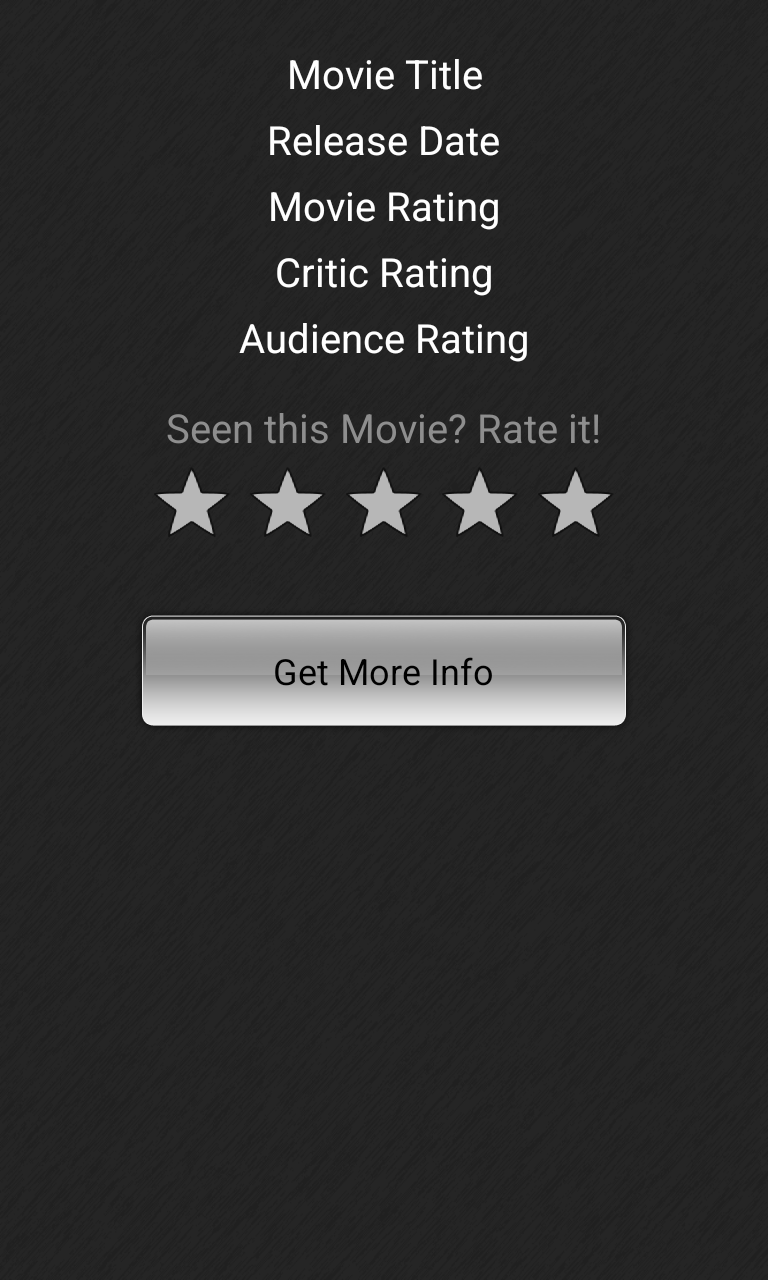
Repository: efreestone/Java2_Freestone
Layout: Java2Project3/res/layout/activity_details.xml
The author's editor kept a copy of each file at every save. The layout is drawn from the files as they stood at one save, then again after the next save.
It is drawn on a 768 x 1280 px phone screen (xhdpi) without system bars, with theme AppTheme; the app's code is not run.

Above is the layout before, as saved 2014-05-22 19:28:48.

### Java2Project3/res/layout/activity_details.xml
<?xml version="1.0" encoding="utf-8"?>
<ScrollView xmlns:android="http://schemas.android.com/apk/res/android"
    android:layout_width="fill_parent"
    android:layout_height="fill_parent"
    android:fillViewport="true" >

    <LinearLayout
        android:layout_width="match_parent"
        android:layout_height="wrap_content"
        android:background="@drawable/main_background"
        android:gravity="center_horizontal"
        android:orientation="vertical"
        android:paddingTop="20dp" >

        <TextView
            android:id="@+id/titleTextView"
            android:layout_width="wrap_content"
            android:layout_height="wrap_content"
            android:gravity="center"
            android:padding="3dp"
            android:text="Movie Title"
            android:textColor="#ffffff"
            android:textSize="20sp" />

        <TextView
            android:id="@+id/releaseTextView"
            android:layout_width="wrap_content"
            android:layout_height="wrap_content"
            android:padding="3dp"
            android:text="Release Date"
            android:textColor="#ffffff"
            android:textSize="20sp" />

        <TextView
            android:id="@+id/movieRatingTextView"
            android:layout_width="wrap_content"
            android:layout_height="wrap_content"
            android:padding="3dp"
            android:text="Movie Rating"
            android:textColor="#ffffff"
            android:textSize="20sp" />

        <TextView
            android:id="@+id/criticRatingTextView"
            android:layout_width="wrap_content"
            android:layout_height="wrap_content"
            android:padding="3dp"
            android:text="Critic Rating"
            android:textColor="#ffffff"
            android:textSize="20sp" />

        <TextView
            android:id="@+id/audienceRatingTextView"
            android:layout_width="wrap_content"
            android:layout_height="wrap_content"
            android:padding="3dp"
            android:text="Audience Rating"
            android:textColor="#ffffff"
            android:textSize="20sp" />

        <TextView
            android:id="@+id/ratingsBarTitle"
            android:layout_width="wrap_content"
            android:layout_height="wrap_content"
            android:paddingTop="15dp"
            android:text="@string/ratingBarTitleString"
            android:textColor="#8e8e8e"
            android:textSize="20sp" />

        <RatingBar
            android:id="@+id/movieRatingBar"
            android:layout_width="wrap_content"
            android:layout_height="wrap_content"
            android:paddingBottom="15dp" />

        <Button
            android:id="@+id/moreInfoButton"
            android:layout_width="wrap_content"
            android:layout_height="wrap_content"
            android:layout_gravity="center"
            android:layout_margin="5dp"
            android:background="@drawable/button_background"
            android:clickable="true"
            android:text="@string/moreInfoButtonString"
            android:width="250dp" />
    </LinearLayout>

</ScrollView>

### Java2Project3/res/values/strings.xml
<?xml version="1.0" encoding="utf-8"?>
<resources>

    <string name="app_name">What 2 Watch</string>
    <string name="detail_name">Details Activity</string>
    <string name="action_settings">Settings</string>
    <string name="titleString">DVD New Releases</string>

    <string name="buttonString">Get New Releases</string>
    <string name="moreInfoButtonString">Get More Info</string>

    <string name="ratingBarTitleString">Seen this Movie? Rate it!</string>

    <!-- Connection Alert strings -->
    <string name="noConnectionTitle">Connection Error</string>
    <string name="noConnectionAlert">This application requires internet access. Please check your network connection and try again.</string>

    <string name="noFileTitle">File does not exist</string>
    <string name="noFileAlert">The file does not exist on your device so it was requested from the API. Select Get New Releases to update the ListView</string>

    <string name="ratingSelectedTitle">Movie Rated</string>

</resources>

### Java2Project3/res/drawable-hdpi/button_background.xml
<?xml version="1.0" encoding="utf-8"?>
<selector xmlns:android="http://schemas.android.com/apk/res/android" >
    <!-- Button Image when pressed -->
    <item
        android:drawable="@drawable/gradient_pressed_9patch"
        android:state_pressed="true"/>

    <!-- Button Image -->
    <item
        android:drawable="@drawable/gradient_9patch"/>



</selector>

### Java2Project3/res/drawable-ldpi/button_background.xml
<?xml version="1.0" encoding="utf-8"?>
<selector xmlns:android="http://schemas.android.com/apk/res/android" >
    <!-- Button Image when pressed -->
    <item
        android:drawable="@drawable/gradient_pressed_9patch"
        android:state_pressed="true"/>

    <!-- Button Image -->
    <item
        android:drawable="@drawable/gradient_9patch"/>



</selector>

### Java2Project3/res/drawable-mdpi/button_background.xml
<?xml version="1.0" encoding="utf-8"?>
<selector xmlns:android="http://schemas.android.com/apk/res/android" >
    <!-- Button Image when pressed -->
    <item
        android:drawable="@drawable/gradient_pressed_9patch"
        android:state_pressed="true"/>

    <!-- Button Image -->
    <item
        android:drawable="@drawable/gradient_9patch"/>



</selector>

### Java2Project3/res/drawable-xhdpi/button_background.xml
<?xml version="1.0" encoding="utf-8"?>
<selector xmlns:android="http://schemas.android.com/apk/res/android" >
    <!-- Button Image when pressed -->
    <item
        android:drawable="@drawable/gradient_pressed_9patch"
        android:state_pressed="true"/>

    <!-- Button Image -->
    <item
        android:drawable="@drawable/gradient_9patch"/>



</selector>

### Java2Project3/res/drawable-xxhdpi/button_background.xml
<?xml version="1.0" encoding="utf-8"?>
<selector xmlns:android="http://schemas.android.com/apk/res/android" >
    <!-- Button Image when pressed -->
    <item
        android:drawable="@drawable/gradient_pressed_9patch"
        android:state_pressed="true"/>

    <!-- Button Image -->
    <item
        android:drawable="@drawable/gradient_9patch"/>



</selector>

Loaded but not shown: Java2Project3/res/values/styles.xml (common file); Java2Project3/res/values-v11/styles.xml (common file); Java2Project3/res/values-v14/styles.xml (common file)

After the next save:
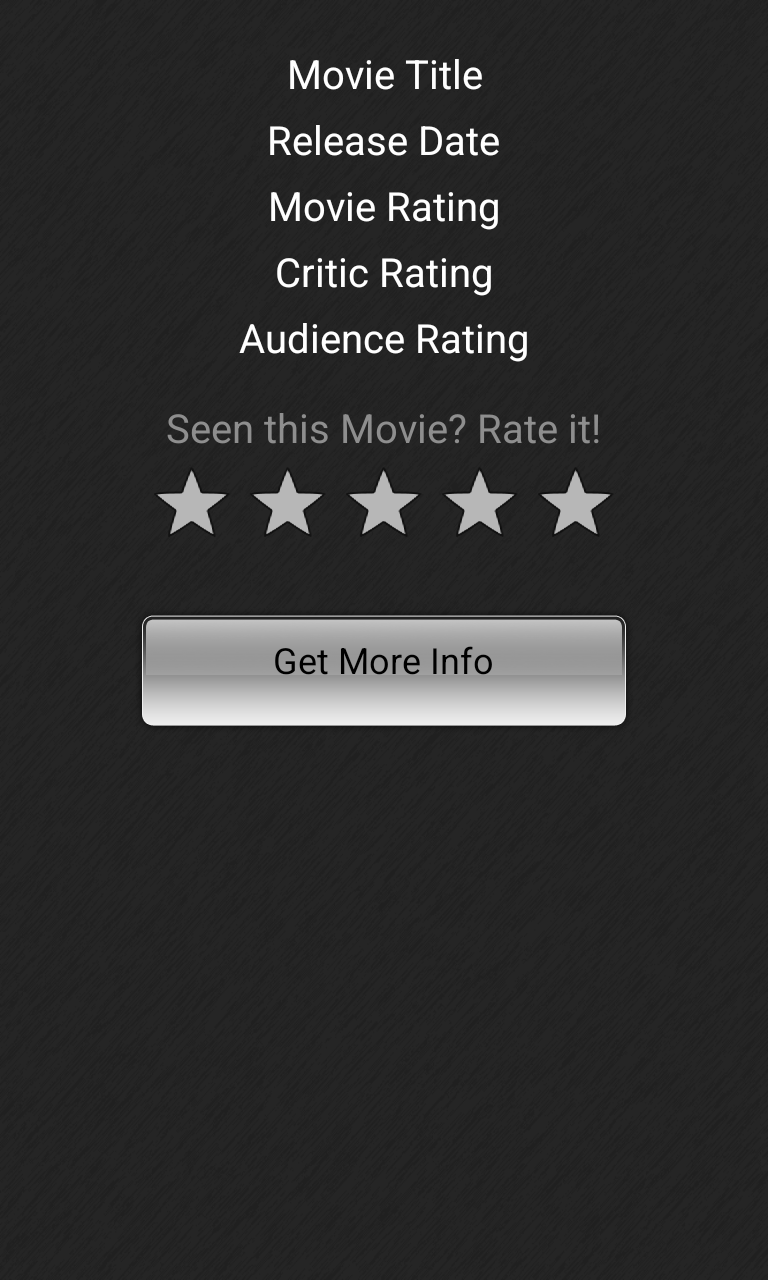
Saved 3 min 39 s later.
--- a/Java2Project3/res/layout/activity_details.xml
+++ b/Java2Project3/res/layout/activity_details.xml
@@ -79,6 +79,7 @@
             android:layout_height="wrap_content"
             android:layout_gravity="center"
             android:layout_margin="5dp"
+            android:paddingBottom="20dp"
             android:background="@drawable/button_background"
             android:clickable="true"
             android:text="@string/moreInfoButtonString"
